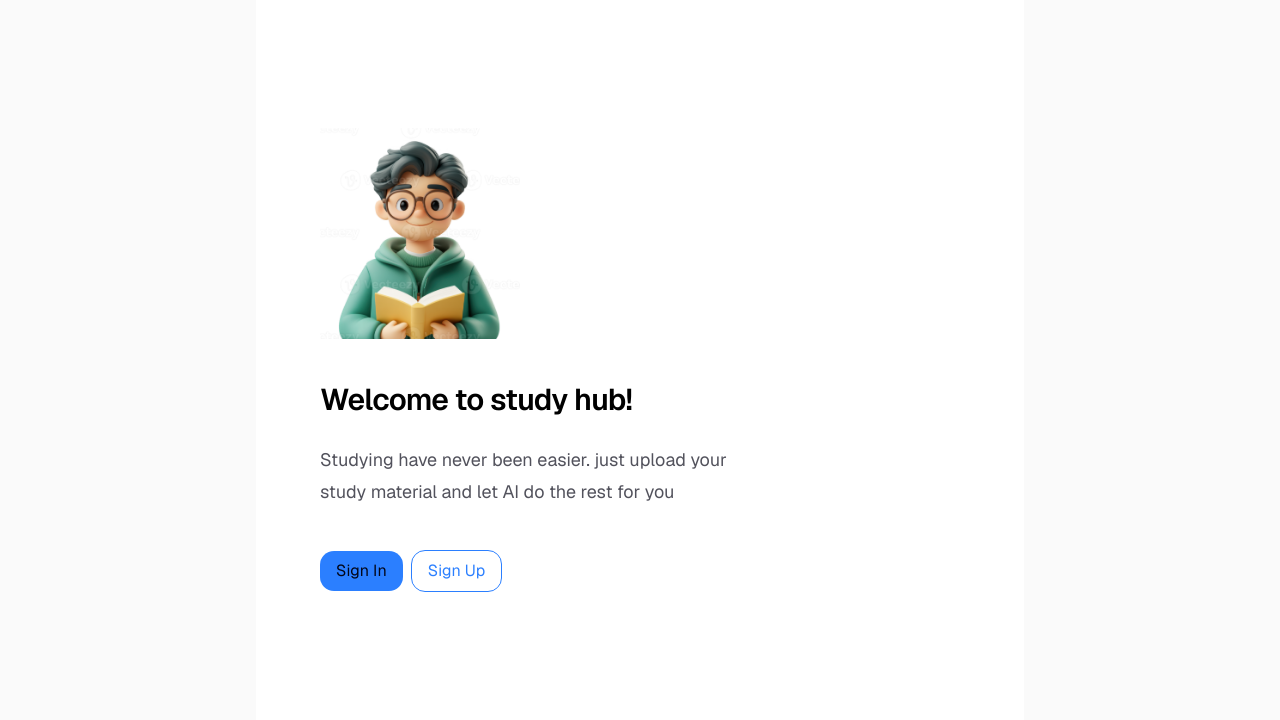
Repository: SywarDer/Student-Assistance
Page: / (app in student-assistant/)
These files come from the project's save history. The page is drawn as it stood at one moment and after a run of saves; the edit follows.
The browser window is 1280 px wide. The pictures show the whole page.
The project was rebuilt for these pictures with package versions that can differ from the ones it lists, and the page was loaded fresh each time. The framework's server and built-in components were replaced by stand-ins that run in the browser. Also part of the build but not shown: student-assistant/next.config.ts, student-assistant/components/ui/input.tsx, student-assistant/components/ui/separator.tsx, student-assistant/components/ui/skeleton.tsx. Imported but missing from the stored project, and not drawn on this page: student-assistant/components/ui/sheet.

Above is the page before, as saved 2025-10-30 19:18:28.

After the next 3 saves:
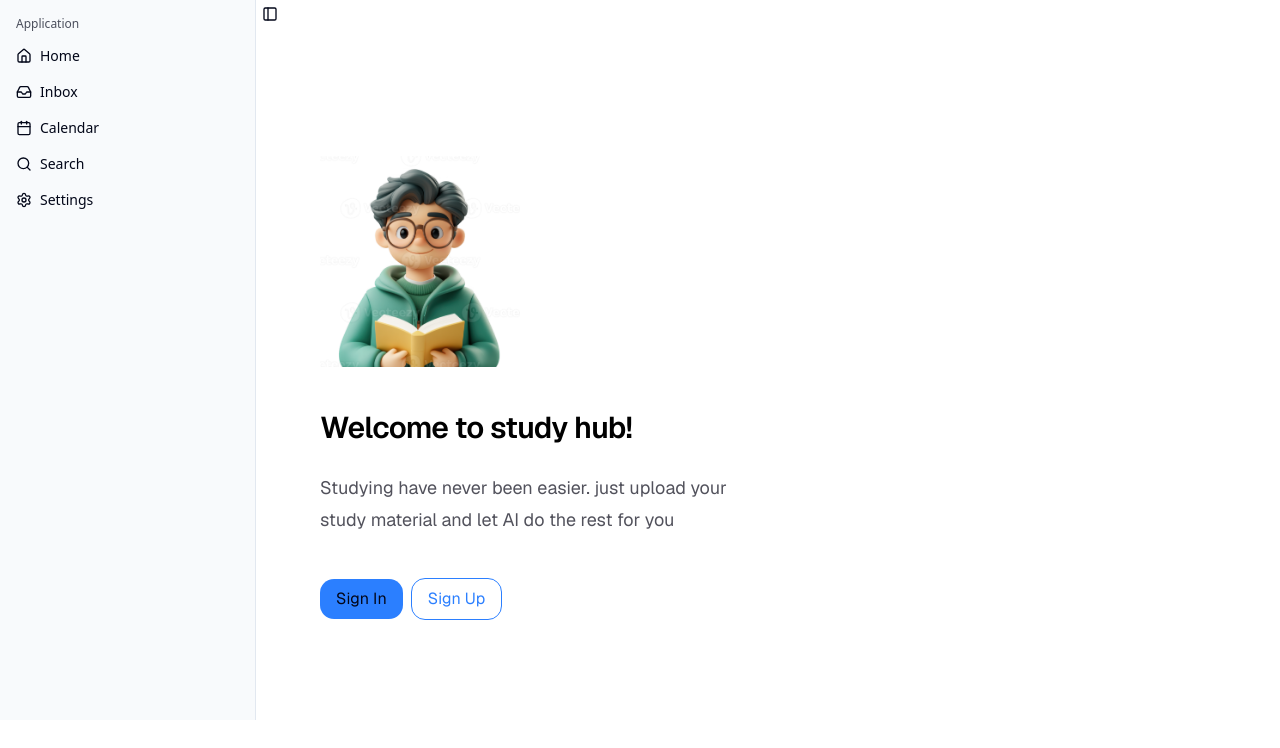
The 3 saves are shown as one change because 2 did not build or start.
The last was saved 41 s later.
--- a/student-assistant/app/layout.tsx
+++ b/student-assistant/app/layout.tsx
@@ -1,6 +1,8 @@
 import type { Metadata } from "next";
 import { Geist, Geist_Mono } from "next/font/google";
 import "./globals.css";
+import { SidebarProvider, SidebarTrigger } from "@/components/ui/sidebar";
+import { AppSidebar } from "./home/components/navBar";
 
 const geistSans = Geist({
   variable: "--font-geist-sans",
@@ -27,7 +29,13 @@ children,
       <body
         className={`${geistSans.variable} ${geistMono.variable} antialiased`}
       >
+        <SidebarProvider>
+      <AppSidebar />
+      <main>
+        <SidebarTrigger />
         {children}
+         </main>
+    </SidebarProvider>
       </body>
     </html>
   );
